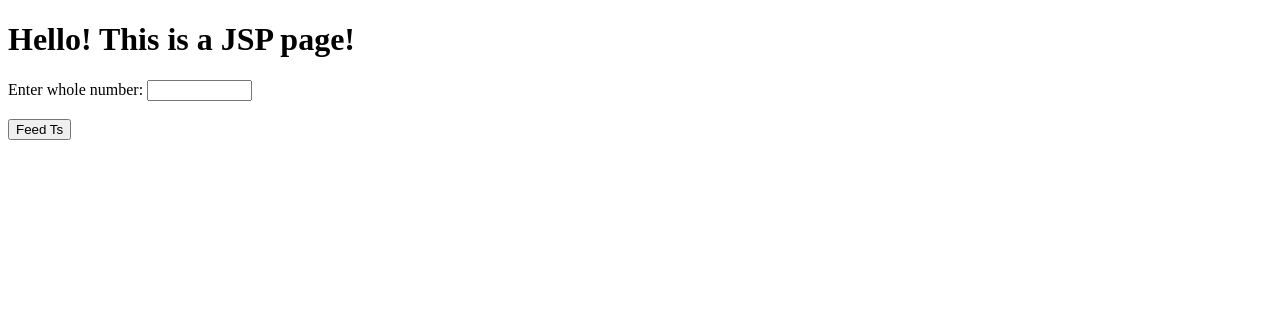
Repository: champloo2/JSPServeletCIS175
Page: http://localhost/TFeeder/status.jsp
These files come from the project's save history. The page is drawn as it stood at one moment and after the next save; the edit follows.
The browser window is 1280 px wide. The pictures show the whole page.
The page is served by Tomcat 9. Other server files are loaded and not shown.

Above is the page before, as saved 2020-02-12 00:37:05.

### TFeeder/WebContent/status.jsp
<%@ page language="java" contentType="text/html; charset=ISO-8859-1"
    pageEncoding="ISO-8859-1"%>
<!DOCTYPE html>
<html>
<head>
<meta charset="ISO-8859-1">
<title>Insert title here</title>
</head>
<body>
<h1>Hello! This is a JSP page!</h1>
<form action="getCentsServlet" method="post">
Enter whole number:
<input type="text" name="tFeeder" size="10"><br /><br />
<input type="submit" value="Feed Ts" />
</form>
</body>
</html>

After the next save:
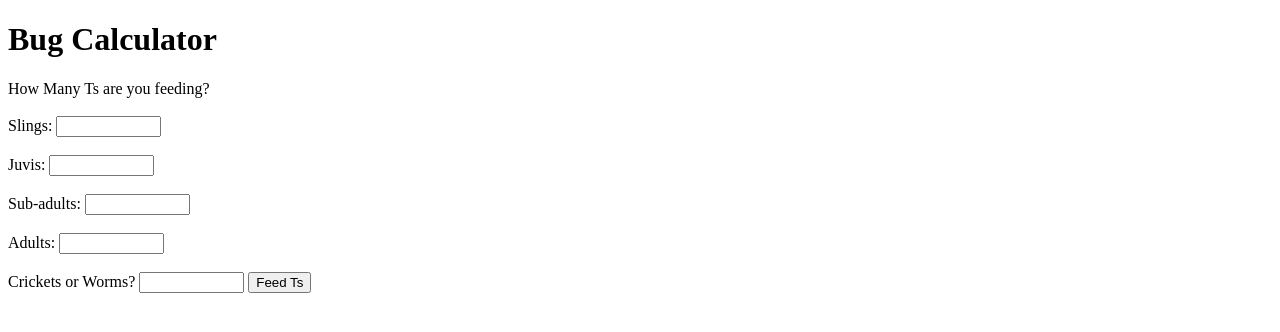
Saved 101 s later.
--- a/TFeeder/WebContent/status.jsp
+++ b/TFeeder/WebContent/status.jsp
@@ -2,15 +2,25 @@
     pageEncoding="ISO-8859-1"%>
 <!DOCTYPE html>
 <html>
+
 <head>
 <meta charset="ISO-8859-1">
-<title>Insert title here</title>
+<title>Bug Calculator</title>
 </head>
 <body>
-<h1>Hello! This is a JSP page!</h1>
+<h1>Bug Calculator</h1>
 <form action="getCentsServlet" method="post">
-Enter whole number:
-<input type="text" name="tFeeder" size="10"><br /><br />
+How Many Ts are you feeding? <br /><br />
+Slings:
+<input type="text" name="numOfSlings" size="10"><br /><br />
+Juvis:
+<input type="text" name="numOfJuvis" size="10"><br /><br />
+Sub-adults:
+<input type="text" name="numOfSubs" size="10"><br /><br />
+Adults:
+<input type="text" name="numOfAdults" size="10"><br /><br />
+Crickets or Worms?
+<input type="text" name="feederType" size="10">
 <input type="submit" value="Feed Ts" />
 </form>
 </body>
